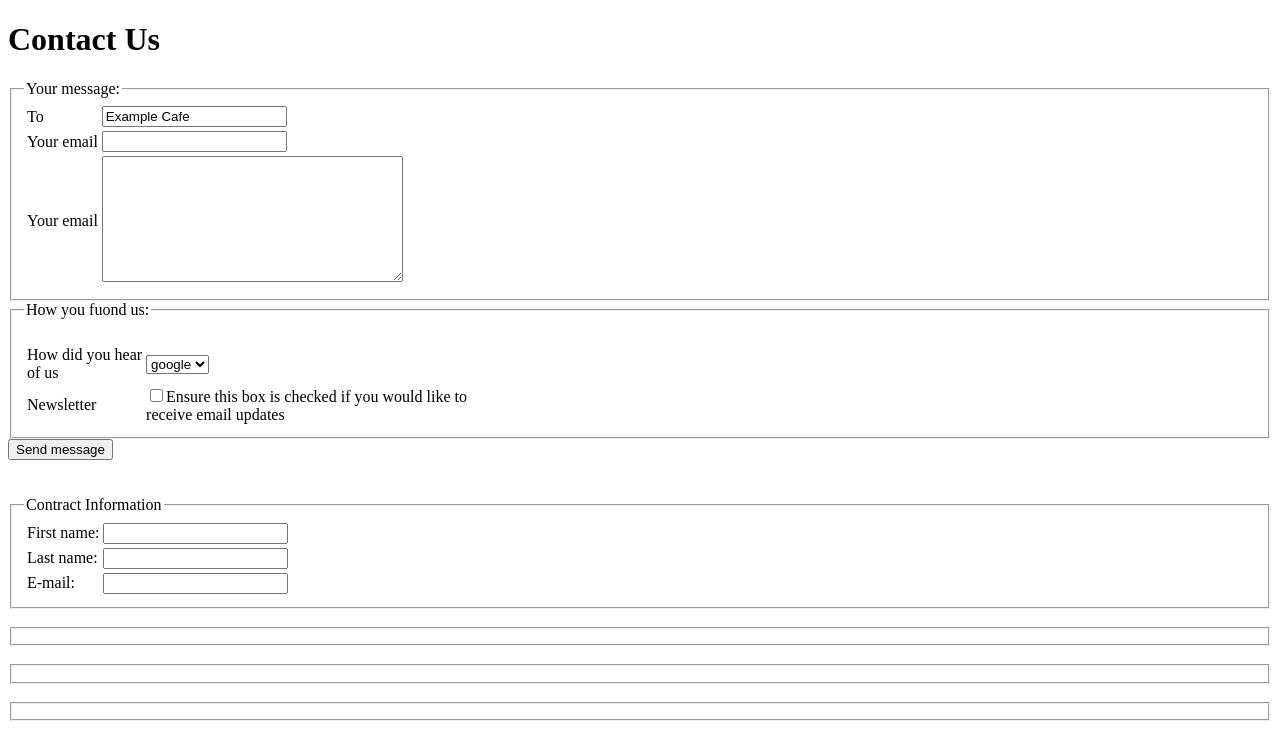
Repository: PhamChiXuan1/HTCNW_tuan3_DHCNTT16C_PhamChiXuan_20030131
Page: bt15.html
An editor plug-in stored every save of this project. The page is shown before and after the next save, followed by the edit.
The browser window is 1280 px wide. The pictures show the whole page.

Above is the page before, as saved 2022-02-28 12:18:57.

After the next save:
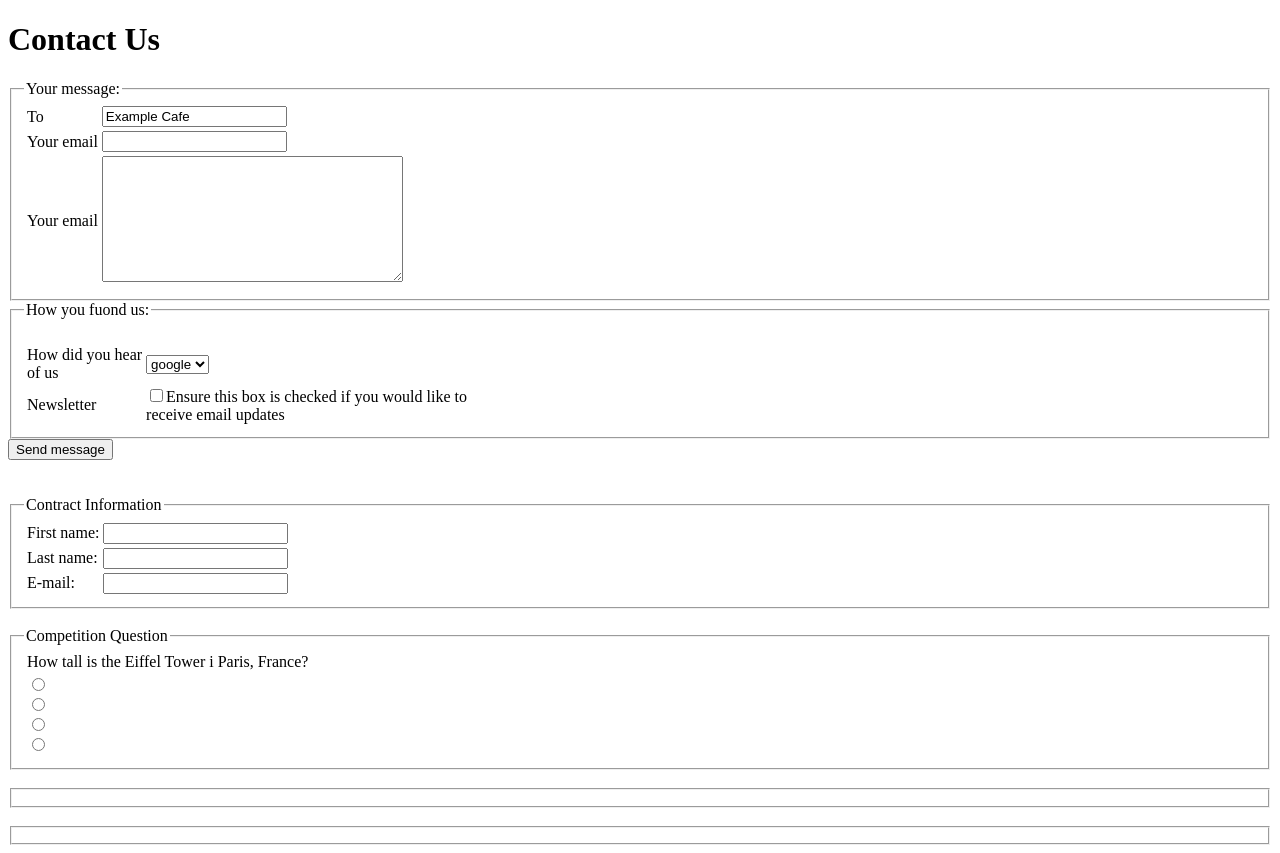
Saved 4 min 23 s later.
--- a/bt15.html
+++ b/bt15.html
@@ -70,7 +70,20 @@
     </fieldset>
     <br>
     <fieldset>
-
+        <Legend>Competition Question</Legend>
+        <table>
+            <tr>
+                <td>How tall is the Eiffel Tower i Paris, France?</td>
+            </tr>
+            <tr>
+                <td>
+                    <input type="radio" value="584 ft"><br>
+                    <input type="radio" value="584 ft"><br>
+                    <input type="radio" value="584 ft"><br>
+                    <input type="radio" value="584 ft">
+                </td>
+            </tr>
+        </table>
     </fieldset>
     <br>
     <fieldset>
